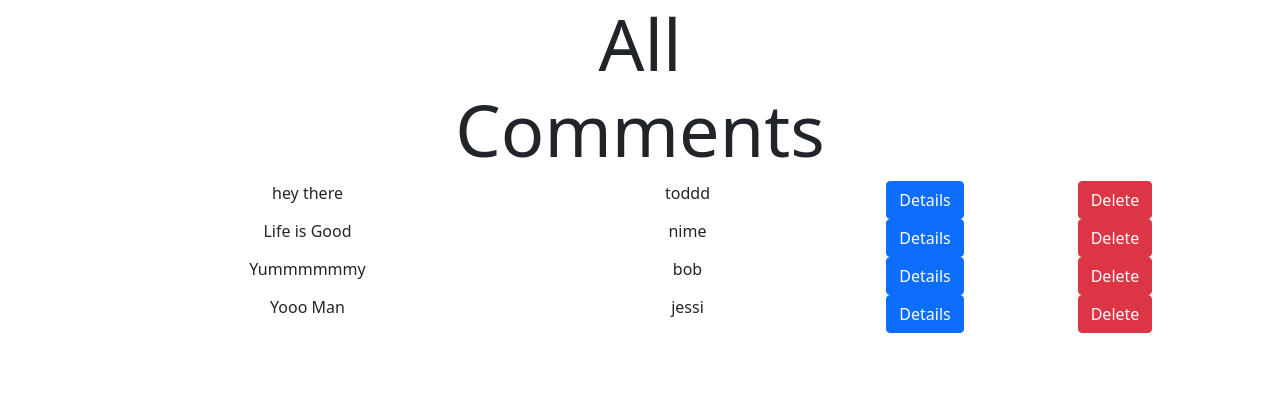
Repository: uditjain100/JavaScript-for-Web
Page: http://localhost/comments
These files come from the project's save history. The page is drawn as it stood at one moment and after the next save; the edit follows.
The browser window is 1280 px wide. The pictures show the whole page.
The page is served by the project's Node server (17.REST/index.js).

Above is the page before, as saved 2021-01-29 17:29:54.

After the next save:
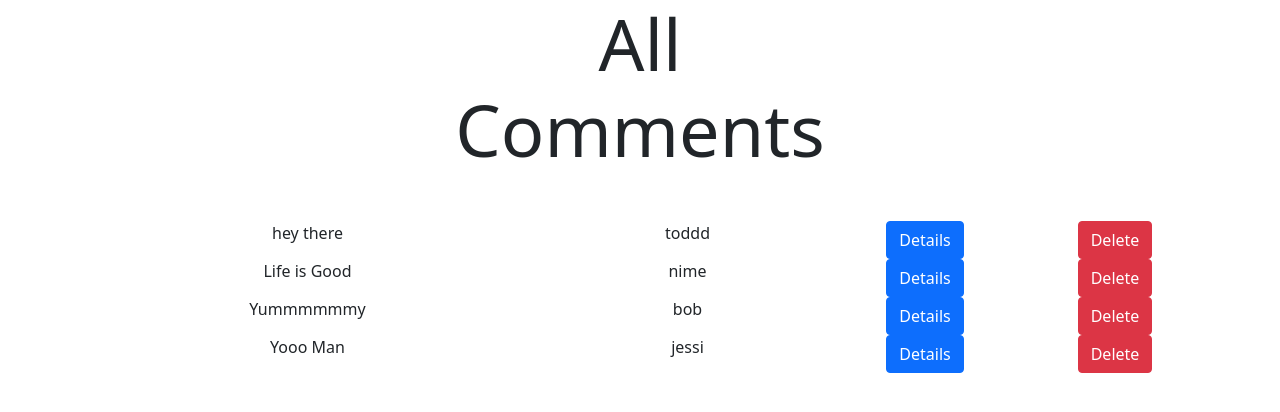
Saved 32 s later.
--- a/17.REST/views/home.ejs
+++ b/17.REST/views/home.ejs
@@ -16,7 +16,7 @@
       <h2 class="display-2 d-grid col-5 mx-auto" style="text-align: center">
         All Comments
       </h2>
-      <div class="row" style="text-align: center">
+      <div class="row mt-5" style="text-align: center">
         <% for(var comment of comments) { %>
         <div class="col-5">
           <span><%= comment.comment %> </span>
